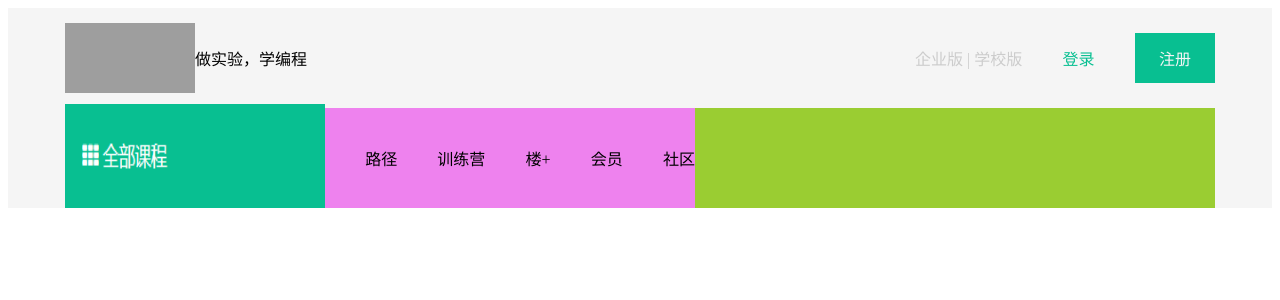
Repository: wuguozheng/xxbb
Page: /
An editor plug-in stored every save of this project. The page is shown before and after the next save, followed by the edit.
The browser window is 1280 px wide. The pictures show the whole page.
Pictures or frames that could not be fetched are drawn as grey boxes. The project was rebuilt for these pictures with package versions that can differ from the ones it lists, and the page was loaded fresh each time.

Above is the page before, as saved 2020-06-01 13:51:06.

After the next save:
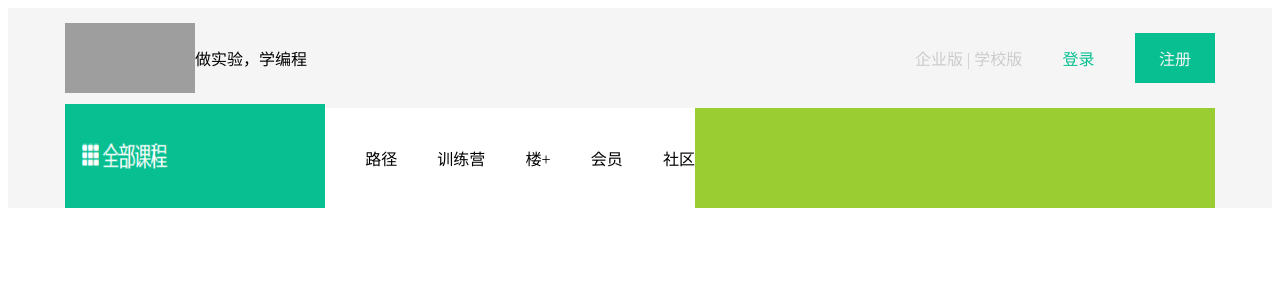
Saved 35 s later.
--- a/src/components/home/Mxs1.vue
+++ b/src/components/home/Mxs1.vue
@@ -117,7 +117,7 @@ export default {
 .run-1 {
   width: 630px;
   height: 100px;
-  background: violet;
+  background: white;
   display: flex;
   justify-content: space-between;
   align-items: center;
